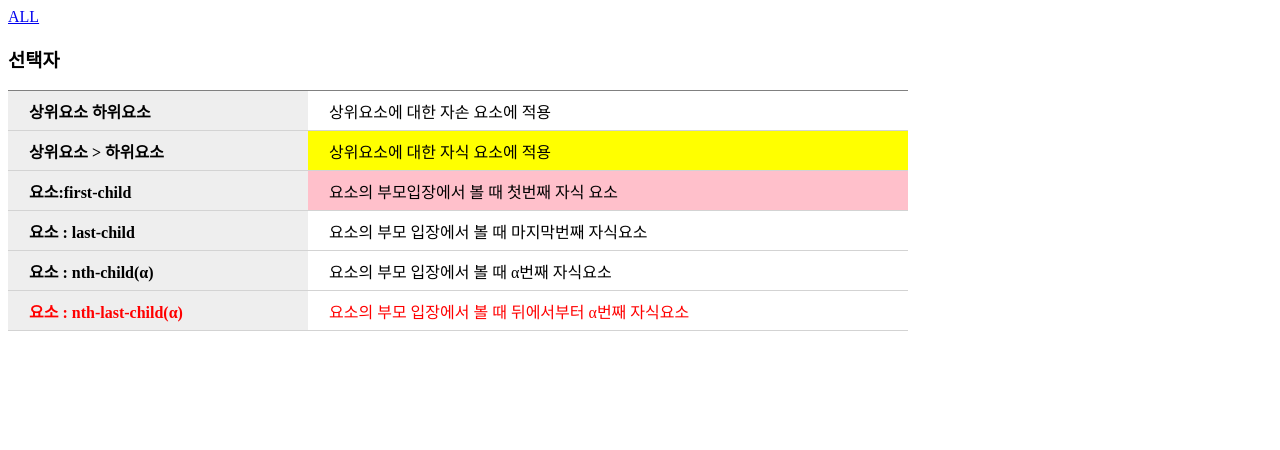
Repository: itkezi/HTML_2022_505
Page: Web/WebContent/selector/index.html
These files come from the project's save history. The page is drawn as it stood at one moment and after the next save; the edit follows.
The browser window is 1280 px wide. The pictures show the whole page.

Above is the page before, as saved 2022-03-30 08:04:48.

### Web/WebContent/selector/index.html
<!DOCTYPE html>
<html>
<head>
<meta charset="UTF-8">
<title>선택자</title>

<style>
table {
	border-collapse: collapse;
}

table tr {
	border-bottom: 1px solid lightgray;
	height: 40px;
}

table tr:first-child {
	border-top: 1px solid gray;
}

table tr>* {
	text-indent: 20px;
}

table th {
	background-color: #eee;
	text-align: left;
}

table tr:last-child {
	color: red;
}

table tr:nth-child(2) {
	background-color: yellow;
}

table tr:nth-child(3) {
	background-color: pink;
}
</style>


</head>
<body>
	<a href="http://localhost:8080/Web/HTML/ALL.html" target='_blank'>
		ALL</a>
	<br>
	<h3>선택자</h3>

	<table>
		<colgroup>
			<col width='300px'>
			<col width='600px'>
		</colgroup>
		<tr>
			<th>상위요소 하위요소</th>
			<td>상위요소에 대한 자손 요소에 적용</td>
		</tr>

		<tr>
			<th>상위요소 > 하위요소</th>
			<td>상위요소에 대한 자식 요소에 적용</td>
		</tr>

		<tr>
			<th>요소:first-child</th>
			<td>요소의 부모입장에서 볼 때 첫번째 자식 요소</td>
		</tr>

		<tr>
			<th>요소 : last-child</th>
			<td>요소의 부모 입장에서 볼 때 마지막번째 자식요소</td>
		</tr>
		<tr>
			<th>요소 : nth-child(α)</th>
			<td>요소의 부모 입장에서 볼 때 α번째 자식요소</td>
		</tr>
		<tr>
			<th>요소 : nth-last-child(α)</th>
			<td>요소의 부모 입장에서 볼 때 뒤에서부터 α번째 자식요소</td>
		</tr>
	</table>

























</body>
</html>

After the next save:
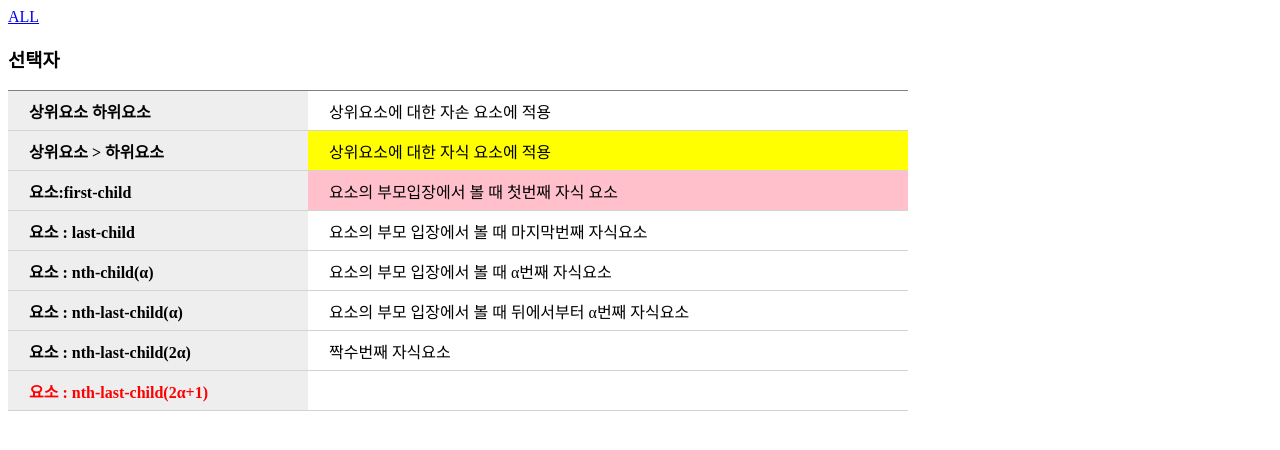
Saved 50 s later.
--- a/Web/WebContent/selector/index.html
+++ b/Web/WebContent/selector/index.html
@@ -80,6 +80,14 @@ table tr:nth-child(3) {
 			<th>요소 : nth-last-child(α)</th>
 			<td>요소의 부모 입장에서 볼 때 뒤에서부터 α번째 자식요소</td>
 		</tr>
+		<tr>
+			<th>요소 : nth-last-child(2α)</th>
+			<td>짝수번째 자식요소</td>
+		</tr>
+		<tr>
+			<th>요소 : nth-last-child(2α+1)</th>
+			<td></td>
+		</tr>
 	</table>
 
 
